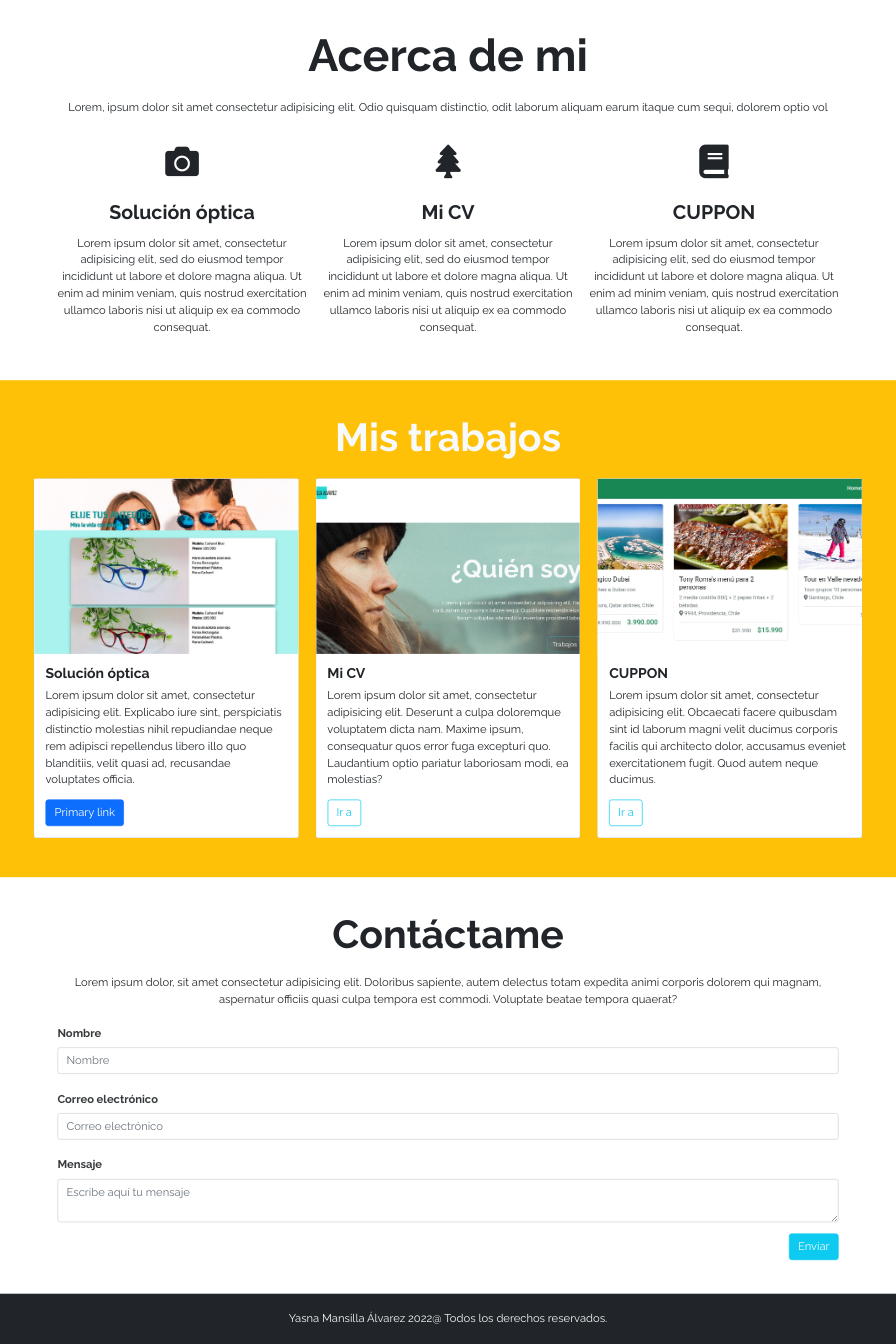
Repository: Yasna2112/Portafolio-final
Page: index.html
The author's editor kept a copy of each file at every save. The page is drawn from the files as they stood at one save, then again after the next save.
The browser window is 1280 px wide. The pictures show the part of the page from y = 703 to 2623 px (the page is 2623 px tall), at 70% of full size.
Some web libraries are served in a nearby version.

Above is the page before, as saved 2022-07-23 07:42:13.

After the next save:
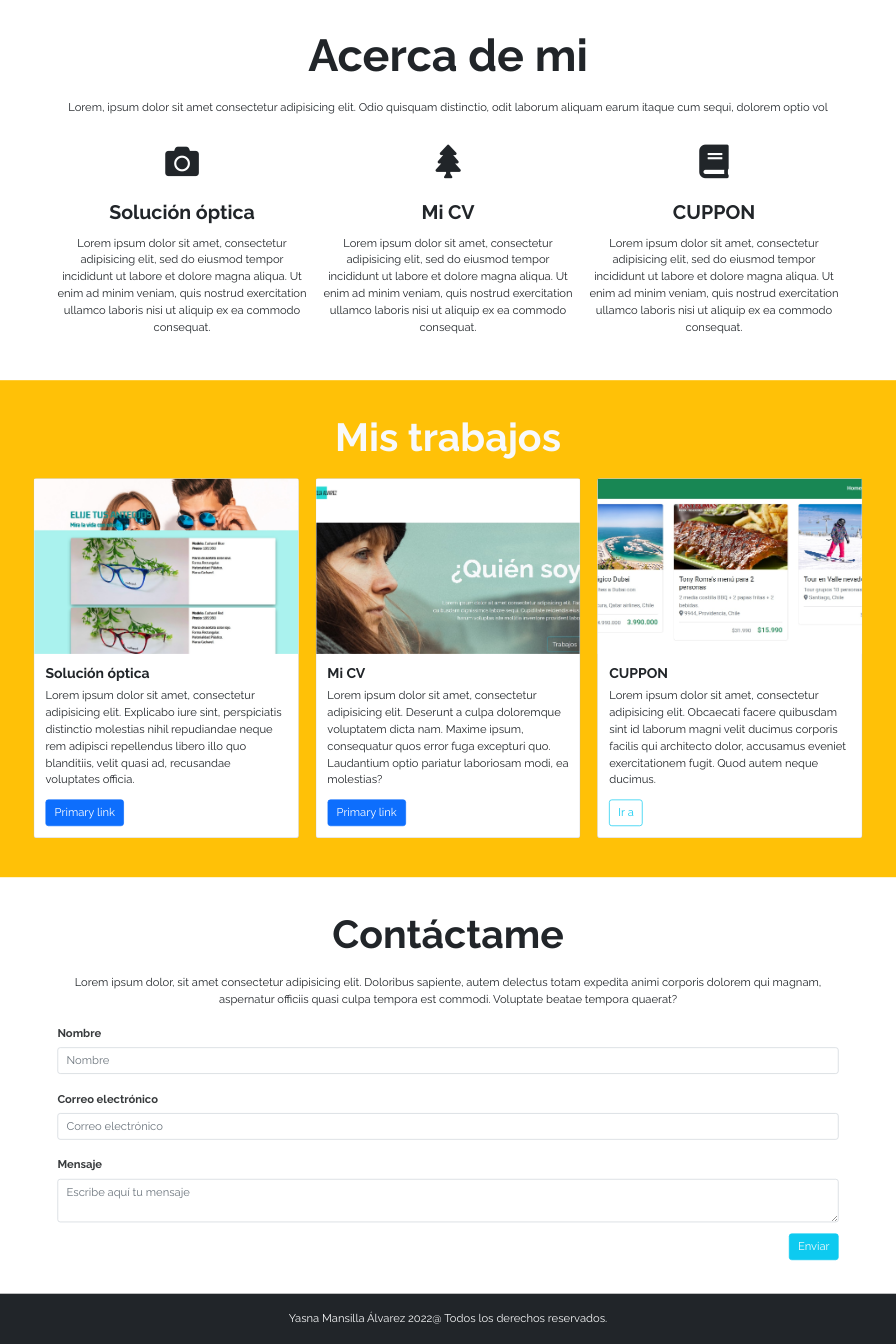
Saved 58 s later.
--- a/index.html
+++ b/index.html
@@ -143,9 +143,8 @@
                             consequatur quos error fuga excepturi quo. Laudantium optio
                             pariatur laboriosam modi, ea molestias?
                         </p>
-                        <button type="button" class="btn btn-outline-info">
-                            Ir a
-                        </button>
+                        <a href="https://github.com/Yasna2112/Portafolio_Optica" class="btn btn-primary enabled" tabindex="-1" role="button"
+                        aria-disabled="true">Primary link</a>
                     </div>
                 </div>
             </div>
